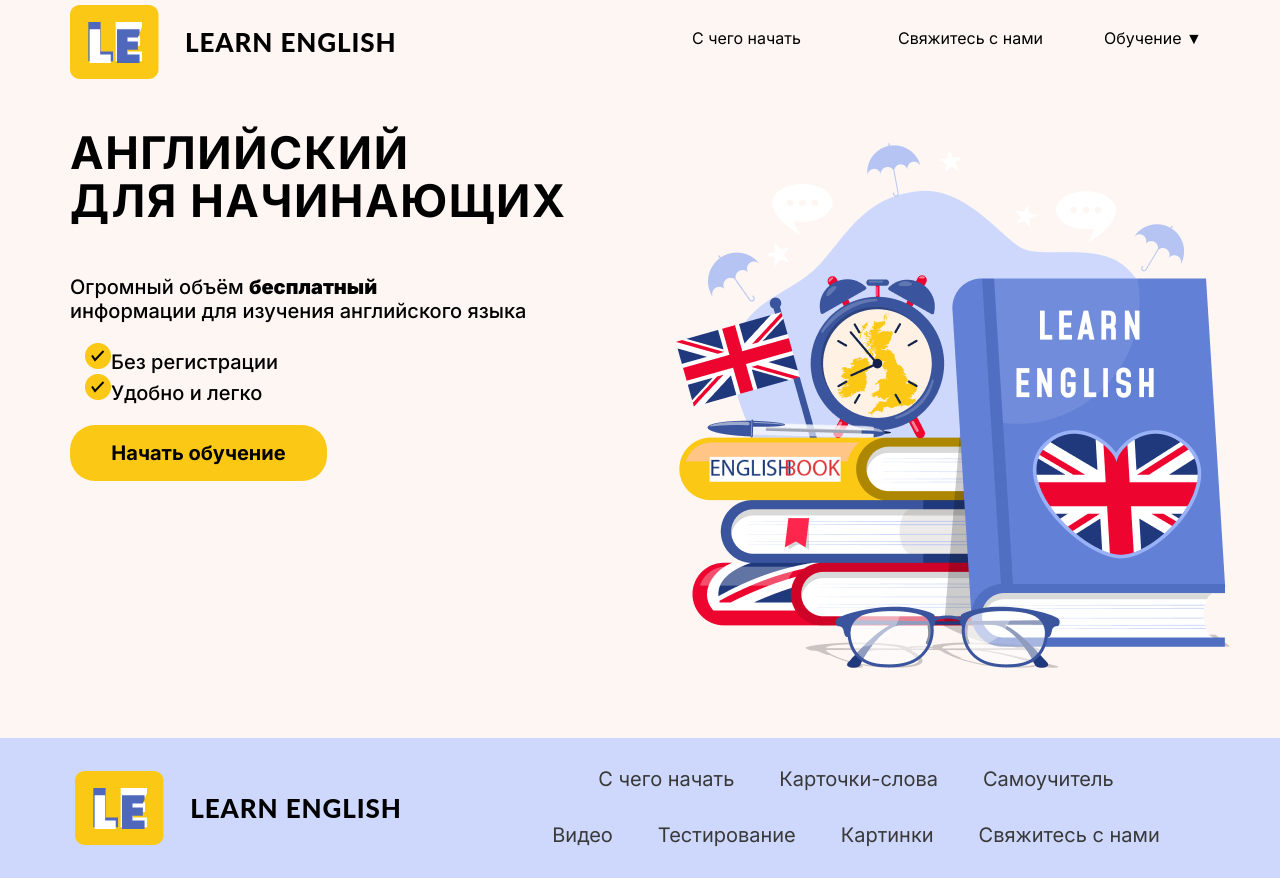
Repository: WladimirVA/Diplom
Page: scool/lesson.html
These files come from the project's save history. The page is drawn as it stood at one moment and after the next save; the edit follows.
The browser window is 1280 px wide. The pictures show the whole page.

Above is the page before, as saved 2023-07-19 15:51:39.

### scool/lesson.html
<!DOCTYPE html>
<html lang="en">
<head>
    <meta charset="UTF-8">
    <meta name="viewport" content="width=device-width, initial-scale=1.0">
    <link href="./css/index.css" rel="stylesheet" type="text/css">
    <link href="./css/fonts.css" rel="stylesheet" type="text/css">
    <link rel="icon" sizes="16x16" href="./img/Vector.svg" type="image/x-icon">
    <title>Learn english</title>
</head>
<body>
    <header class="header" di="HOME">
        <div class="section">
            <div class="section-header">
                <div class="logo">
                    <img src="./img/Vector.svg">
                    <p>Learn english</p>
                </div>
                <div>

                    <ul class="ddropdownn">
                        <li class="ddropdownn-top">
                        <a class="ddropdownn-top" href="#">С чего начать</a>
                        </li>
                        <li class="ddropdownn-top">
                            <a class="ddropdownn-top" href="mailto:dyadichenko_va@mail.ru">Свяжитесь с нами</a>
                        </li>
                        <li class="ddropdownn-top">
                        <a class="ddropdownn-top" href="#">Обучение &#9660;</a>
                            <ul class="ddropdownn-inside">
                                <li><a href="/">Карточки-слова</a></li>
                                <li><a href="/">Самоучитель</a></li>
                                <li><a href="/">Видео</a></li>
                                <li><a href="/">Тестирование</a></li>
                                <li><a href="/">Картинки</a></li>
                            </ul>
                        </li>

                    </ul>
                </div>
            </div>
        </div>
    </header>
    <main>
        <section class="BEGINNES">
            <div class="section">
                <div class="content-beginners">
                    <div class="beginners-inf">
                        <h1>Английский <br>для начинающих</h1>
                        <p>Огромный объём <span  style="font-weight:900"> бесплатный <br></span> информации для изучения английского языка</p>
                        <div>
                            <ul class="home_ul">
                                <li class="home_li"><img class="check" src="./img/Иконка _Галочка_ 3.svg">Без регистрации</li>
                                <li class="home_li"><img class="check" src="./img/Иконка _Галочка_ 3.svg">Удобно и легко</li>
                            </ul>
                        </div>
                        <div class="buttonsHome">
                            <form action="lesson.html" method="post">
                                <button class="button_home">Начать обучение</button>
                            </form>
                        </div>
                    </div>
                    <div class="beginners-img">
                        <img src="./img/BACKGROUND.png" alt="foto">
                    </div>
                </div>
            </div>
        </section>
    </main>
    <footer class="FOOTER">
        <div class="section">
            <div class="section-footer">
                <div class="logo">
                    <img src="./img/Vector.svg">
                    <p>Learn english</p>
                </div>
                <div class="ddropdownn-footer">
                    <div class="ddropdownn-menu">
                        <ul class="ddropdownn1">
                            <li><a href="#">С чего начать</a></li>
                            <!-- <li><a href="#">Обучение</a></li> -->
                            <li><a href="#">Карточки-слова</a></li>
                            <li><a href="#">Самоучитель</a></li>
                        </ul>
                    </div>
                    <div class="ddropdownn-menu">
                        <ul class="ddropdownn2">
                            <li><a href="#">Видео</a></li>
                            <li><a href="#">Тестирование</a></li>
                            <li><a href="#">Картинки</a></li>
                            <li><a class="link" href="mailto:dyadichenko_va@mail.ru">Свяжитесь с нами</a></li>
                        </ul>
                    </div>
                </div>
            </div>
        </div>
    </footer>
</body>
</html>

### scool/css/index.css
body {
    scroll-behavior: smooth;
    align-items: center;
    width: 100%;
    max-width: 1366px;
    margin: auto;
    font-family: 'Inter', 'Work Sans', "NunitoSans-Light", Arial, Helvetica, sans-serif;
}
* {
    margin: 0;
    padding: 0;
}

.logo {
    display: flex;
    align-items: center;
}

.logo p {
    font-family: Lato;
    font-size: 26px;
    font-weight: 800;
    line-height: 48px;
    letter-spacing: 0.035em;
    text-align: left;
    text-transform: uppercase;
    padding-left: 1em;
}

/* Стили выпадающего списка */
ul.ddropdownn li {/* Считаем координаты относительно исходного места. */
    position: relative; }
ul.ddropdownn, ul.ddropdownn-inside {
    /* Отступы на нуле. */
    padding: 0;
    /* Маркеры уберем. */
    list-style-type: none;
    }
ul.ddropdownn-inside {
    /* Спрячем дочерние элементы выпадающего списка. */
    left: -9999px;
    position: absolute;
    }
ul.ddropdownn li.ddropdownn-top {
    /* Небольшой отступ. */
    margin: 20px 1px 0 0;
    /* Выравнивание по левой стороне. */
    float: left;
    display: inline;
    }
ul.ddropdownn li.ddropdownn-top a {
    /* Делаю элементы блочными. */
    display: block;
    /* Снова отступы. */
    padding: 3px 30px 4px;
    text-decoration: none;
    color: black;
    font-family: Inter;
    width: 145px;
    }
ul.ddropdownn a.ddropdownn-top {/* Цвет фона. */ background: #FEF6F3; } */
ul.ddropdownn a.ddropdownn-top:hover {/* Отступы. */ padding: 13px 20px 4px; }
ul.ddropdownn li.ddropdownn-top:hover .ddropdownn-inside {
    left: 0;
    /* Делаю элементы блочными. */
    display: block;
    }
ul.ddropdownn .ddropdownn-inside {/* Цвет фона. */ background: #FEF6F3; }
ul.ddropdownn .ddropdownn-inside a:hover {/* Цвет фона изменится при наведении. */
    background: #FEF6F3; }


@media screen and (max-width: 745px) {
    .header-nav {
        display: block;
        padding-top: 0px;
    }
}


.section-header {
    display: flex;
    justify-content: space-between;
    background-color: #FEF6F3;
    padding: 5px 0px 0 70px;

}

.BEGINNES {
    background: #FEF6F3;
}

.content-beginners {
    display: flex;
    justify-content: space-between;
}

.beginners-inf {
    padding: 50px 0 0 70px;
}

.beginners-inf h1 {
    font-family: Inter;
    font-size: 44px;
    font-weight: 700;
    line-height: 48px;
    letter-spacing: -0.08em;
    text-align: left;
    text-transform: uppercase;
    font-family: Inter;
    font-size: 45px;
    font-weight: 700;
    line-height: 48px;
    letter-spacing: 0.035em;
    text-align: left;
}

.beginners-img img {
    width: 100%;
    height: auto;
}

.beginners-inf p {
    margin-top: 50px;
}

.content-beginners {
    font-family: Inter;
    font-size: 22px;
    font-weight: 700;
    line-height: 24px;
    letter-spacing: 0em;
    text-align: left;

    font-family: Inter;
    font-size: 22px;
    font-weight: 500;
    line-height: 24px;
    letter-spacing: 0em;
    text-align: left;

    font-family: Inter;
    font-size: 20px;
    font-weight: 500;
    line-height: 24px;
    letter-spacing: 0em;
    text-align: left;
}

.home_ul {
    list-style-type: none;
    padding: 20px 0 20px 0;
}

.check {
    margin-left: 15px;
}

.button_home {
    font-family: Inter;
    font-size: 20px;
    font-weight: 700;
    line-height: 24px;
    letter-spacing: 0em;
    text-align: center;
    background:#FBC815;
    border-style: none;
    border-radius: 25px;
    width: 257px;
    height: 56px;
}

.LEARNING {
    background: #FDE4D3;
}

.learning {
    display: flex;
    justify-content: space-evenly;
}

.img-learning img {
    width: 100%;
    height: auto;
}

.content-learning h1 {
    text-align: center;
    text-transform: uppercase;
    font-family: Inter;
    font-size: 36px;
    font-weight: 700;
    line-height: 48px;
    letter-spacing: 0em;
    text-align: center;
    padding-top: 65px;

}

.popular {
    margin-left: 20px;
}

.learning-text {
    max-width: 550px;
    margin-top: 50px;
}

.learning-text p {
    font-family: Inter;
    font-size: 20px;
    font-weight: 500;
    line-height: 24px;
    letter-spacing: 0em;
    text-align: left;
}

.learning-text-img {
    margin-top: 60px;
}

.learning-text-img p {
    margin: -38px 0 0 20px;
}

.INFORMATION {
    background: #4F68BB;
    height: 1275px;
}

.information-text {
    text-align: center;
    color: #FFFFFF;
    /* max-width: 932px; */
}


.content-information h1 {
    font-family: Inter;
    font-size: 36px;
    font-weight: 700;
    line-height: 48px;
    letter-spacing: 0em;
    text-align: center;
    text-transform: uppercase;
    padding: 60px 0 50px 0;
}

.content-information p {
    font-family: Inter;
    font-size: 24px;
    font-weight: 700;
    line-height: 32px;
    letter-spacing: 0em;
    text-align: center;
}


.information1 {
    color: #FFFFFF;
    height: 400px;
    text-align: center;
    display: flex;
    justify-content: space-around;
    margin: 60px 0 0 0;
}

.information1 p {
    max-width: 270px;
}

.information1 h3 {
    padding: 65px 0 50px 0;
}

.information2 {
    color: #FFFFFF;
    height: 400px;
    text-align: center;
    margin: 60px 0 0 0;
    display: flex;
    justify-content: space-evenly;
}

.information2 p {
    max-width: 270px;
}
.information2 h3 {
    padding: 65px 0 50px 0;
}

.buttton-inf1 {
    margin-top: 39px;
}
.buttton-inf2 {
    margin-top: 95px;
}
.buttton-inf3 {
    margin-top: 55px;
}
.buttton-inf4 {
    padding-top: 63px;
}
.buttton-inf5 {
    padding-top: 25px;
}

.TRANING {
    background:rgba(251, 205, 166, 1);
    height: 345px;
}

.training {
    display: flex;
    align-items: center;
    justify-content: space-evenly;
}

.training-inf {
    display: block;
    text-align: center;
}

.training-inf p {
    font-family: Inter;
    font-size: 36px;
    font-weight: 700;
    line-height: 48px;
    letter-spacing: 0em;
    text-align: center;
}

.buttton-training1 {
    padding-top: 45px;
}

.buttton-training {
    color: #FFFFFF;
    font-family: Inter;
    font-size: 20px;
    font-weight: 700;
    line-height: 24px;
    letter-spacing: 0em;
    text-align: center;
   background: rgba(240, 63, 90, 1);
}

.training-img {
    margin-top: -60px;
}

.FOOTER {
    background:rgba(205, 216, 252, 1);
    height: 140px;
    align-items: center;
    display: grid;
    justify-items: stretch;
}

.section-footer {
    display: flex;
    justify-content: space-around
}

.ddropdownn-footer {
    display: flex;
    flex-direction: column;
    align-items: center;
}

.ddropdownn-menu {
    display: flex;
}

.ddropdownn1, .ddropdownn2 {
    display: flex;
    font-family: Inter;
    font-size: 20px;
    font-weight: 400;
    line-height: 16px;
    letter-spacing: 0em;
    text-align: left;
    list-style-type:none;

}

.ddropdownn2 {
    margin: 40px 0 0 0;
}

.ddropdownn-footer li{
    padding: 0 45px 0 0;
}

.ddropdownn-footer a {
    text-decoration: none;
    color: rgba(57, 57, 57, 1);
    ;
}

### scool/css/fonts.css
/* @import url('https://fonts.googleapis.com/css2?family=Work+Sans:ital,wght@0,600;0,800;1,800&display=swap'); */


/* @import url('https://fonts.googleapis.com/css2?family=Inter:wght@400;500;600;700;800&family=Work+Sans:ital,wght@0,600;0,800;1,800&display=swap'); */


@import url('https://fonts.googleapis.com/css2?family=Inter:wght@100;200;300;400;500;600;700;800;900&display=swap');

@import url('https://fonts.googleapis.com/css2?family=Inter:wght@100;200;300;400;500;600;700;800;900&family=Work+Sans:ital,wght@0,100;0,200;0,300;0,400;0,500;0,600;0,700;0,800;0,900;1,100;1,200;1,300;1,400;1,500;1,600;1,700;1,800;1,900&display=swap');

After the next save:
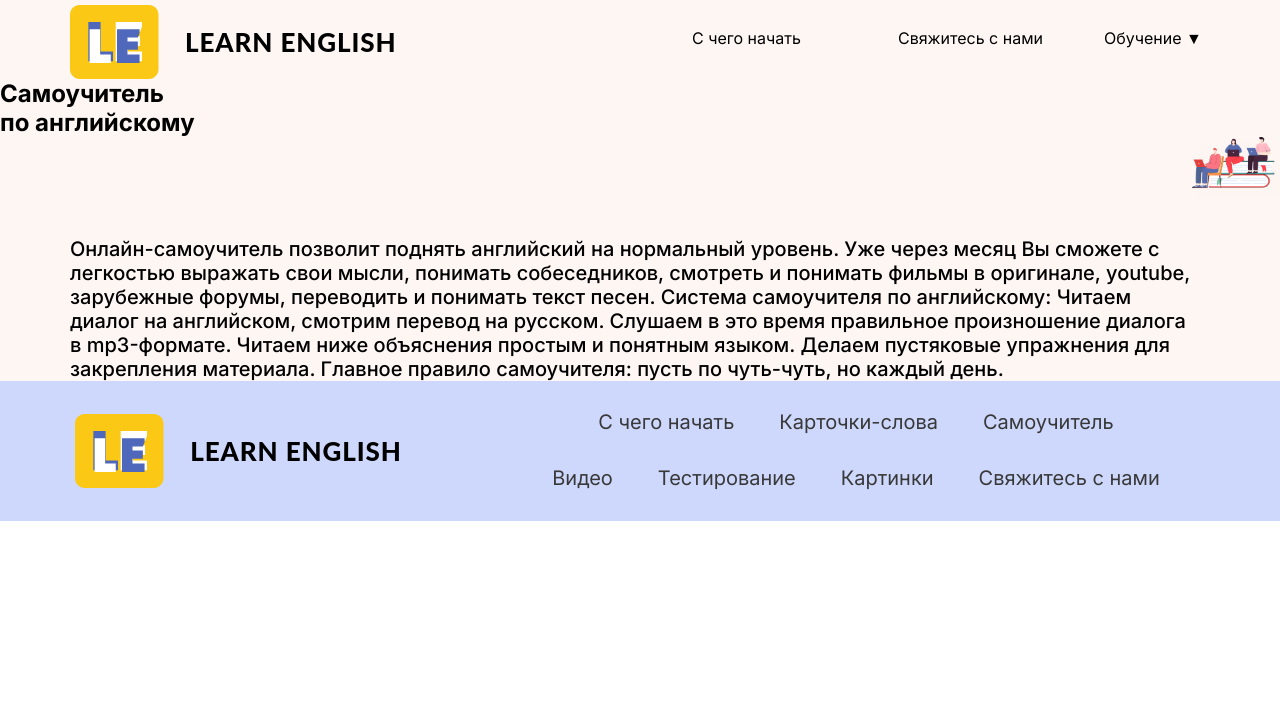
Saved 8 min 9 s later.
--- a/scool/lesson.html
+++ b/scool/lesson.html
@@ -44,24 +44,20 @@
     <main>
         <section class="BEGINNES">
             <div class="section">
+                <h1>Самоучитель <br>по английскому</h1>
                 <div class="content-beginners">
                     <div class="beginners-inf">
-                        <h1>Английский <br>для начинающих</h1>
-                        <p>Огромный объём <span  style="font-weight:900"> бесплатный <br></span> информации для изучения английского языка</p>
-                        <div>
-                            <ul class="home_ul">
-                                <li class="home_li"><img class="check" src="./img/Иконка _Галочка_ 3.svg">Без регистрации</li>
-                                <li class="home_li"><img class="check" src="./img/Иконка _Галочка_ 3.svg">Удобно и легко</li>
-                            </ul>
-                        </div>
-                        <div class="buttonsHome">
-                            <form action="lesson.html" method="post">
-                                <button class="button_home">Начать обучение</button>
-                            </form>
-                        </div>
+                        <p>Онлайн-самоучитель позволит поднять английский на нормальный уровень. Уже через месяц Вы сможете с легкостью выражать свои мысли, понимать собеседников, смотреть и понимать фильмы в оригинале, youtube, зарубежные форумы, переводить и понимать текст песен.
+                            Система самоучителя по английскому:
+                            Читаем диалог на английском, смотрим перевод на русском.
+                            Слушаем в это время правильное произношение диалога в mp3-формате.
+                            Читаем ниже объяснения простым и понятным языком.
+                            Делаем пустяковые упражнения для закрепления материала.
+                            Главное правило самоучителя: пусть по чуть-чуть, но каждый день.
+                        </p>
                     </div>
                     <div class="beginners-img">
-                        <img src="./img/BACKGROUND.png" alt="foto">
+                        <img src="./img/Group 78 1 (1).png" alt="foto">
                     </div>
                 </div>
             </div>
